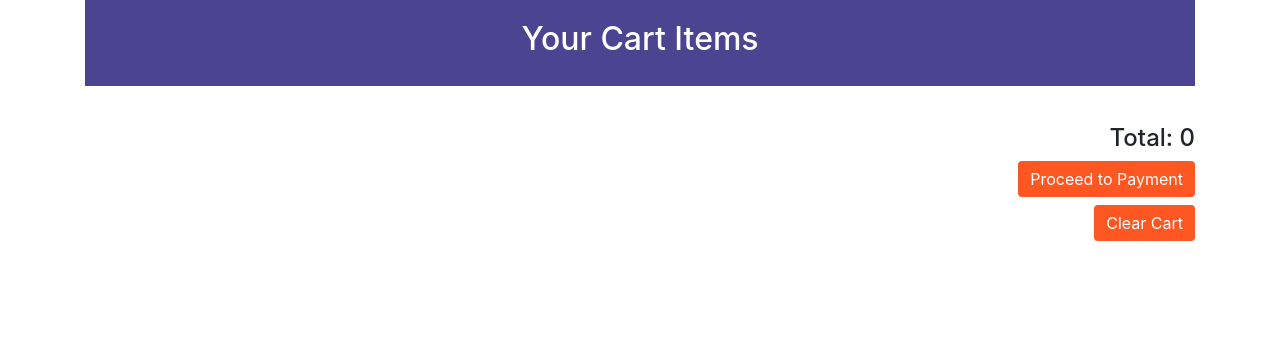
Repository: OraonShivam21/wonderwave-travels
Page: cart/index.html
These files come from the project's save history. The page is drawn as it stood at one moment and after the next save; the edit follows.
The browser window is 1280 px wide. The pictures show the whole page.

Above is the page before, as saved 2023-12-16 16:07:51.

### cart/index.html
<!DOCTYPE html>
<html lang="en">

<head>
    <!-- Include Bootstrap CSS -->
    <link href="https://stackpath.bootstrapcdn.com/bootstrap/4.3.1/css/bootstrap.min.css" rel="stylesheet">
    <title>Cart Page - Every Sunday</title>

    <style>
        .cart-header {
            background-color: #4B4491;
            color: white;
            padding: 20px;
            margin-bottom: 30px;
        }

        .cart-item-card {
            border: 1px solid #ddd;
            margin-bottom: 10px;
            padding: 10px;
            border-radius: 5px;
            box-shadow: 0 2px 5px rgba(0, 0, 0, 0.1);
        }

        .cart-summary {
            padding: 20px;
            background-color: #fff;
            border-radius: 5px;
            box-shadow: 0 2px 5px rgba(0, 0, 0, 0.1);
            margin-bottom: 20px;
        }

        .cart-summary h4 {
            color: #4B4491;
        }

        .remove-item-btn,
        .clear-cart-btn,
        .checkout-btn {
            background-color: #FF5722;
            color: white;
            border: none;
        }

        .remove-item-btn:hover,
        .clear-cart-btn:hover,
        .checkout-btn:hover {
            background-color: #E64A19;
        }

        .cart-container {
            margin-top: 30px;
        }

        .cart-total {
            text-align: right;
        }

        .btn-group {
            width: 100%;
        }

        .btn-group>button {
            width: 49%;
        }

        /* Responsive adjustments */
        @media (max-width: 768px) {
            .btn-group>button {
                width: 100%;
                margin-bottom: 10px;
            }
        }
    </style>
</head>

<body>
    <div class="container">
        <div class="cart-header text-center">
            <h2>Your Cart Items</h2>
        </div>
        <div id="cart-items" class="row">
            <!-- Cart items will be loaded here dynamically -->
        </div>
        <div id="cart-summary" class="row justify-content-end mt-2">
            <!-- Cart summary will be loaded here dynamically -->
        </div>
        <div class="row">
            <div class="col text-right mt-2">
                <button id="clear-cart" class="btn clear-cart-btn">Clear Cart</button>
            </div>
        </div>
    </div>

    <script src="https://code.jquery.com/jquery-3.3.1.slim.min.js"></script>
    <script src="https://stackpath.bootstrapcdn.com/bootstrap/4.3.1/js/bootstrap.min.js"></script>
    <script src="cart.js"></script>
</body>

</html>

### cart/cart.js
document.addEventListener("DOMContentLoaded", function () {
  loadCartItems();
  document.getElementById("clear-cart").addEventListener("click", clearCart);
});

function loadCartItems() {
  const cartItems = JSON.parse(localStorage.getItem("cart")) || [];
  const cartItemsContainer = document.getElementById("cart-items");
  cartItemsContainer.innerHTML = ""; // Clear the container

  let total = 0;
  cartItems.forEach((item, index) => {
    total += item.price;
    const cartItemDiv = document.createElement("div");
    cartItemDiv.className = "col-12 cart-item";
    cartItemDiv.innerHTML = `
          <h5>${item.title}</h5>
          <p>Price: ${item.currency} ${item.price}</p>
          <button class="btn remove-item-btn" onclick="removeFromCart(${index})">Remove</button>
      `;
    cartItemsContainer.appendChild(cartItemDiv);
  });

  // Load cart summary
  const cartSummary = document.getElementById("cart-summary");
  cartSummary.innerHTML = `
      <div class="col-md-4 offset-md-8 cart-total">
          <h4>Total: ${cartItems.reduce(
            (acc, item) => acc + item.price,
            0
          )} </h4>
          <button class="btn checkout-btn">Proceed to Payment</button>
      </div>
  `;
}

function removeFromCart(index) {
  let cartItems = JSON.parse(localStorage.getItem("cart")) || [];
  cartItems.splice(index, 1);
  localStorage.setItem("cart", JSON.stringify(cartItems));
  loadCartItems(); // Refresh the cart items display
}

function clearCart() {
  localStorage.setItem("cart", JSON.stringify([]));
  loadCartItems(); // Refresh the cart items display
}

After the next save:
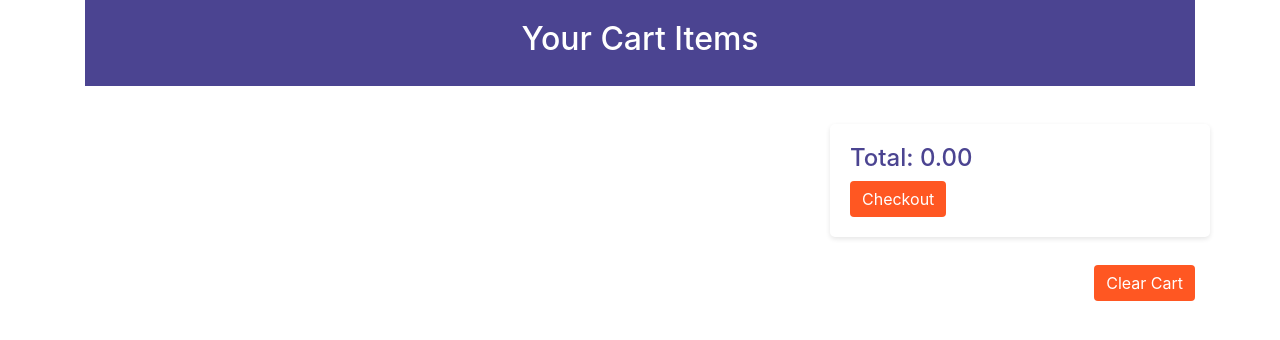
Saved 36 s later.
--- a/cart/cart.js
+++ b/cart/cart.js
@@ -11,25 +11,31 @@ function loadCartItems() {
   let total = 0;
   cartItems.forEach((item, index) => {
     total += item.price;
-    const cartItemDiv = document.createElement("div");
-    cartItemDiv.className = "col-12 cart-item";
-    cartItemDiv.innerHTML = `
-          <h5>${item.title}</h5>
-          <p>Price: ${item.currency} ${item.price}</p>
-          <button class="btn remove-item-btn" onclick="removeFromCart(${index})">Remove</button>
+    const cartItemCard = document.createElement("div");
+    cartItemCard.className = "col-12 col-md-6 col-lg-4 mb-3";
+    cartItemCard.innerHTML = `
+          <div class="card cart-item-card">
+              <img src="${item.image}" class="card-img-top" alt="${item.title}">
+              <div class="card-body">
+                  <h5 class="card-title">${item.title}</h5>
+                  <p class="card-text">${item.description}</p>
+                  <div class="btn-group" role="group" aria-label="Cart Actions">
+                      <button class="btn btn-outline-secondary btn-sm">-</button>
+                      <button class="btn btn-outline-secondary btn-sm">+</button>
+                      <button class="btn btn-danger btn-sm remove-item-btn" onclick="removeFromCart(${index})">Remove</button>
+                  </div>
+              </div>
+          </div>
       `;
-    cartItemsContainer.appendChild(cartItemDiv);
+    cartItemsContainer.appendChild(cartItemCard);
   });
 
   // Load cart summary
   const cartSummary = document.getElementById("cart-summary");
   cartSummary.innerHTML = `
-      <div class="col-md-4 offset-md-8 cart-total">
-          <h4>Total: ${cartItems.reduce(
-            (acc, item) => acc + item.price,
-            0
-          )} </h4>
-          <button class="btn checkout-btn">Proceed to Payment</button>
+      <div class="col-md-4 cart-summary">
+          <h4>Total: ${total.toFixed(2)}</h4>
+          <button class="btn checkout-btn">Checkout</button>
       </div>
   `;
 }
